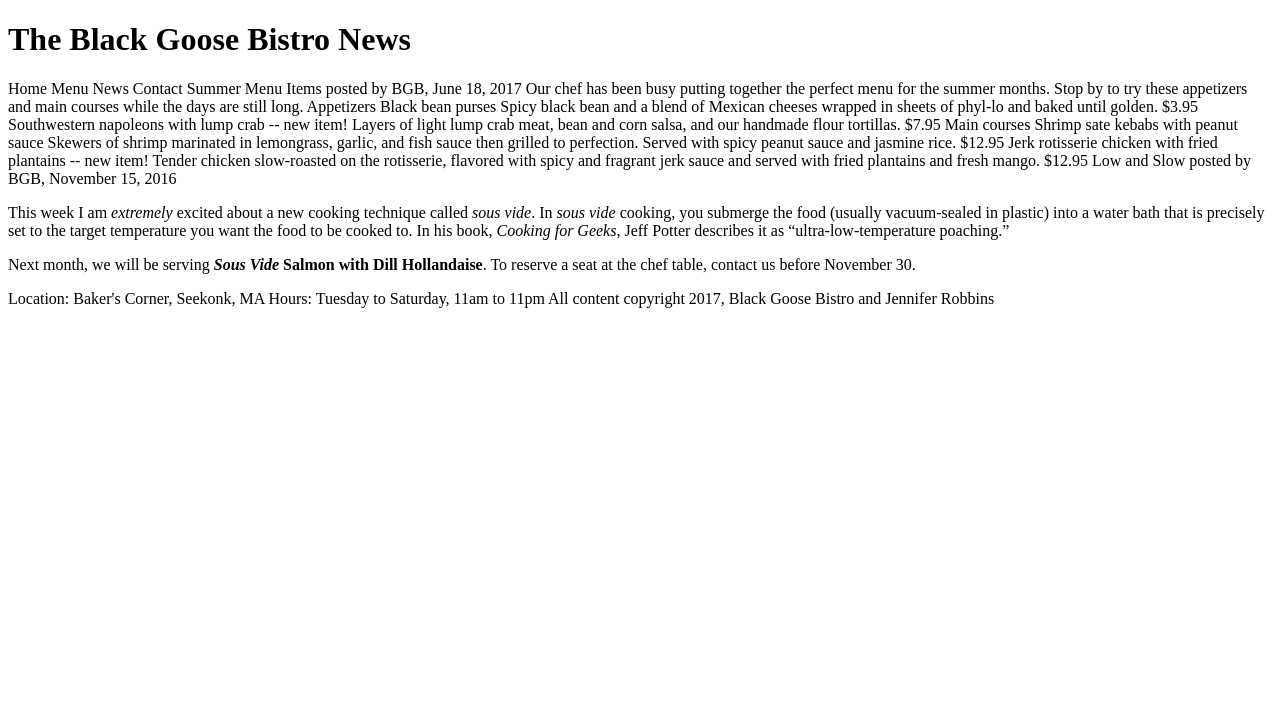
Repository: Colo-Codes/code-practice
Page: 01-html-practice-7.html
The author's editor kept a copy of each file at every save. The page is drawn from the files as they stood at one save, then again after the next save.
The browser window is 1280 px wide. The pictures show the whole page.

Above is the page before, as saved 2021-04-24 17:43:30.

After the next save:
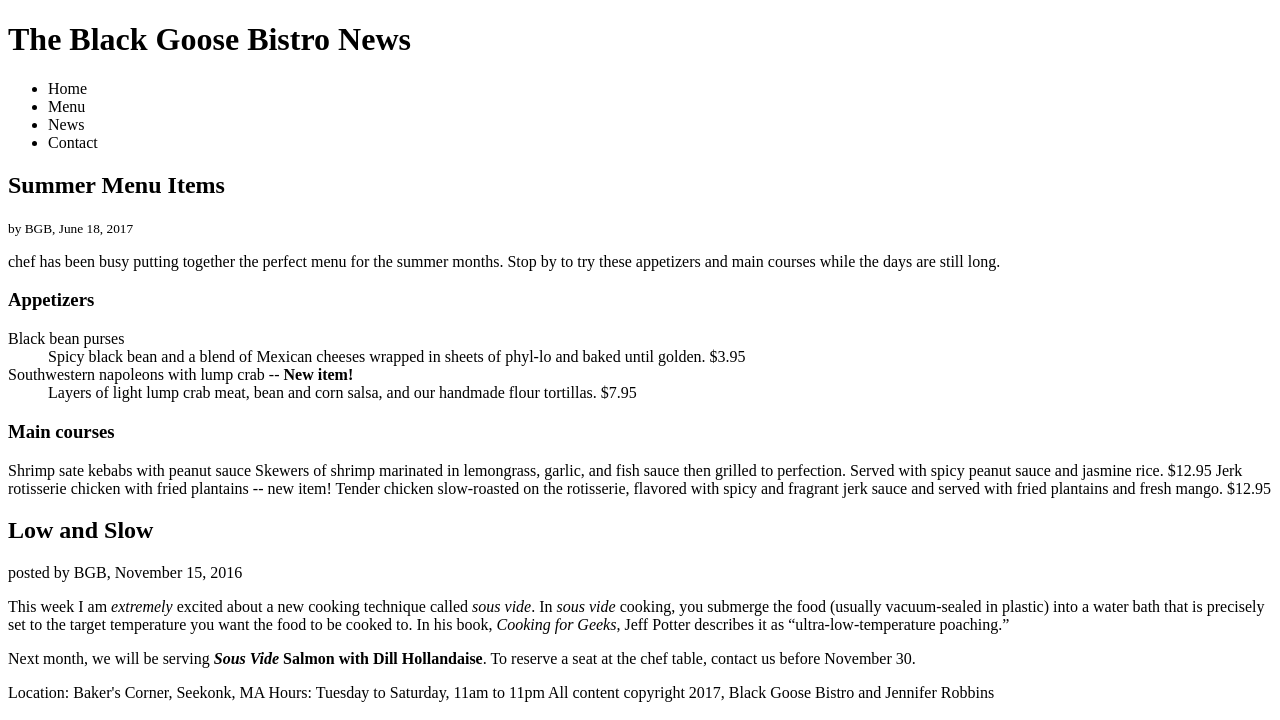
Saved 11 min 9 s later.
--- a/01-html-practice-7.html
+++ b/01-html-practice-7.html
@@ -7,43 +7,57 @@
     <title>The Black Goose Bistro News</title>
 </head>
 <body>
-    <h1>The Black Goose Bistro News</h1>
+    <header>
+        <h1>The Black Goose Bistro News</h1>
+        <nav>
+            <ul>
+                <li>Home</li>
+                <li>Menu</li>
+                <li>News</li>
+                <li>Contact</li>
+
+            </ul>
+        </nav>
+    </header>
+    <main>
+        <section id="summer-menu-items">
+            <article>
+                <header>
+                    <h2>Summer Menu Items</h2>
+                    <small>by BGB, June 18, 2017</small>
+                    <p>chef has been busy putting together the perfect menu for the summer months. Stop by to try these appetizers and main courses while the days are still long.</p>
+                </header>
+                <h3>Appetizers</h3>
+                <dl>
+                    <dt>Black bean purses</dt>
+                    <dd>Spicy black bean and a blend of Mexican cheeses wrapped in sheets of phyl-lo and baked until golden. $3.95</dd>
+                    <dt>Southwestern napoleons with lump crab -- <strong>New item!</strong></dt>
+                    <dd>Layers of light lump crab meat, bean and corn salsa, and our handmade flour tortillas. $7.95</dd>
+                </dl>
+                <h3>Main courses</h3>
+
+                Shrimp sate kebabs with peanut sauce
+                Skewers of shrimp marinated in lemongrass, garlic, and fish sauce then grilled to perfection. Served with spicy peanut sauce and jasmine rice. $12.95
+
+                Jerk rotisserie chicken with fried plantains -- new item!
+                Tender chicken slow-roasted on the rotisserie, flavored with spicy and fragrant jerk sauce and served with fried plantains and fresh mango. $12.95
+
+            </article>
+        </section>
+        <section id="low-and-slow">
+            <h2>Low and Slow</h2>
+            posted by BGB, November 15, 2016
+            <p>This week I am <em>extremely</em> excited about a new cooking technique called <dfn><i>sous vide</i></dfn>. In <i>sous vide</i> cooking, you submerge the food (usually vacuum-sealed in plastic) into a water bath that is precisely set to the target temperature you want the food to be cooked to. In his book, <cite>Cooking for Geeks</cite>, Jeff Potter describes it as <q>ultra-low-temperature poaching.</q></p>
+
+            <p>Next month, we will be serving <b><i>Sous Vide</i> Salmon with Dill Hollandaise</b>. To reserve a seat at the chef table, contact us before <time datetime="20161130">November 30</time>.</p>
+        </section>
+
+    </main>
+    <footer>
+        Location: Baker's Corner, Seekonk, MA
+        Hours: Tuesday to Saturday, 11am to 11pm
+
+        All content copyright 2017, Black Goose Bistro and Jennifer Robbins
+    </footer>
 </body>
 </html>
-
-Home
-Menu
-News
-Contact
-
-Summer Menu Items
-posted by BGB, June 18, 2017
-Our chef has been busy putting together the perfect menu for the summer months. Stop by to try these appetizers and main courses while the days are still long.
-
-Appetizers
-Black bean purses
-Spicy black bean and a blend of Mexican cheeses wrapped in sheets of phyl-lo and baked until golden. $3.95
-
-Southwestern napoleons with lump crab -- new item!
-Layers of light lump crab meat, bean and corn salsa, and our handmade flour tortillas. $7.95
-
-Main courses
-
-Shrimp sate kebabs with peanut sauce
-Skewers of shrimp marinated in lemongrass, garlic, and fish sauce then grilled to perfection. Served with spicy peanut sauce and jasmine rice. $12.95
-
-Jerk rotisserie chicken with fried plantains -- new item!
-Tender chicken slow-roasted on the rotisserie, flavored with spicy and fragrant jerk sauce and served with fried plantains and fresh mango. $12.95
-
-
-Low and Slow
-posted by BGB, November 15, 2016
-<p>This week I am <em>extremely</em> excited about a new cooking technique called <dfn><i>sous vide</i></dfn>. In <i>sous vide</i> cooking, you submerge the food (usually vacuum-sealed in plastic) into a water bath that is precisely set to the target temperature you want the food to be cooked to. In his book, <cite>Cooking for Geeks</cite>, Jeff Potter describes it as <q>ultra-low-temperature poaching.</q></p>
-
-<p>Next month, we will be serving <b><i>Sous Vide</i> Salmon with Dill Hollandaise</b>. To reserve a seat at the chef table, contact us before <time datetime="20161130">November 30</time>.</p>
-
-
-Location: Baker's Corner, Seekonk, MA
-Hours: Tuesday to Saturday, 11am to 11pm
-
-All content copyright 2017, Black Goose Bistro and Jennifer Robbins
